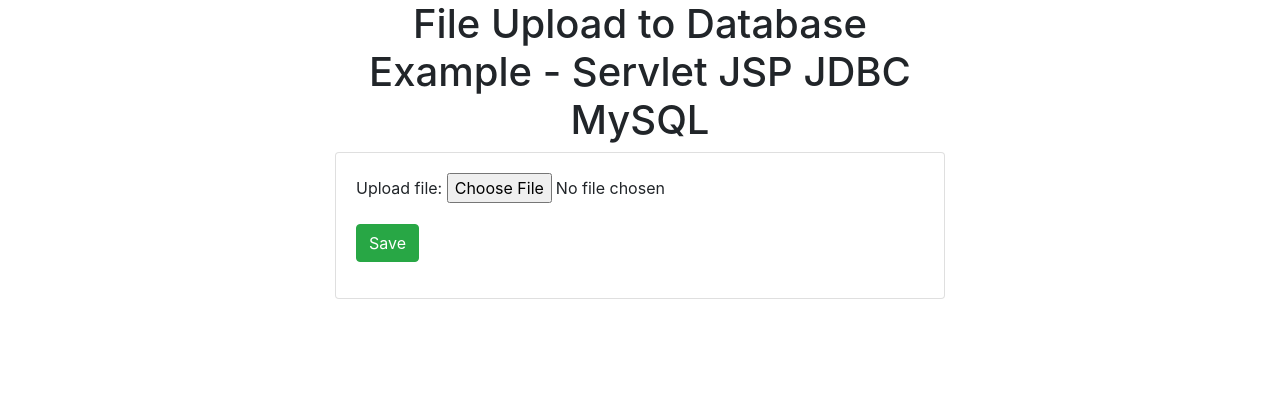
Repository: aishwaryan14/JavaProject
Page: http://localhost/StudentBuddy/
The author's editor kept a copy of each file at every save. The page is drawn from the files as they stood at one save, then again after the next save.
The browser window is 1280 px wide. The pictures show the whole page.
The page is served by Tomcat 9.

Above is the page before, as saved 2020-04-24 15:21:57.

After the next save:
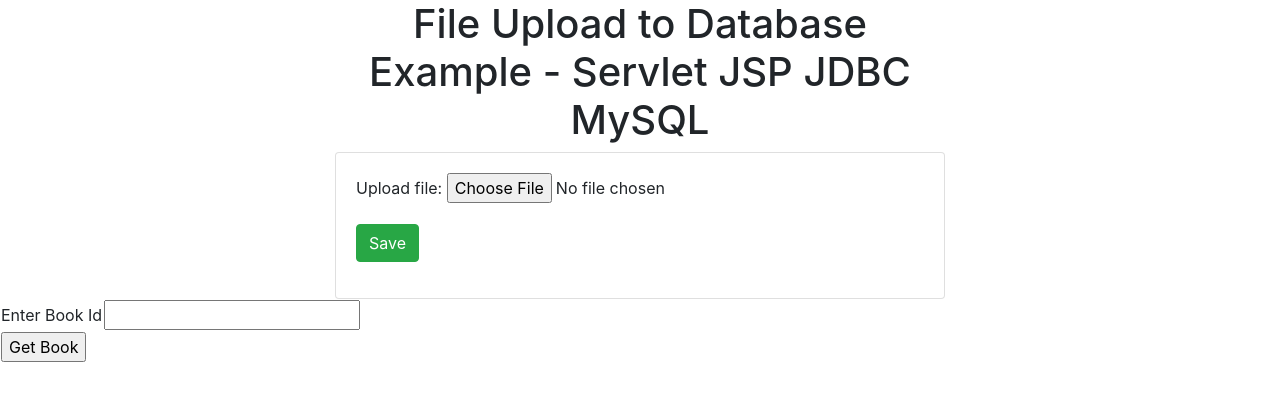
Saved 12 min 58 s later.
--- a/FinalJava/StudentBuddy/WebContent/index.jsp
+++ b/FinalJava/StudentBuddy/WebContent/index.jsp
@@ -29,5 +29,23 @@
    </div>
   </div>
  </div>
+
+
+
+<form  method="get" action="FileReadPdf">
+    <table>
+    <tr>
+    <td>Enter Book Id</td>
+    <td>
+    <input type="text" name="bookId" />
+    </td>
+    </tr>
+    <tr>
+    <td colspan="2">  <input  type="submit"  value="Get Book" /></td></tr>
+    </table>
+</form>
+
+
+
 </body>
 </html>
